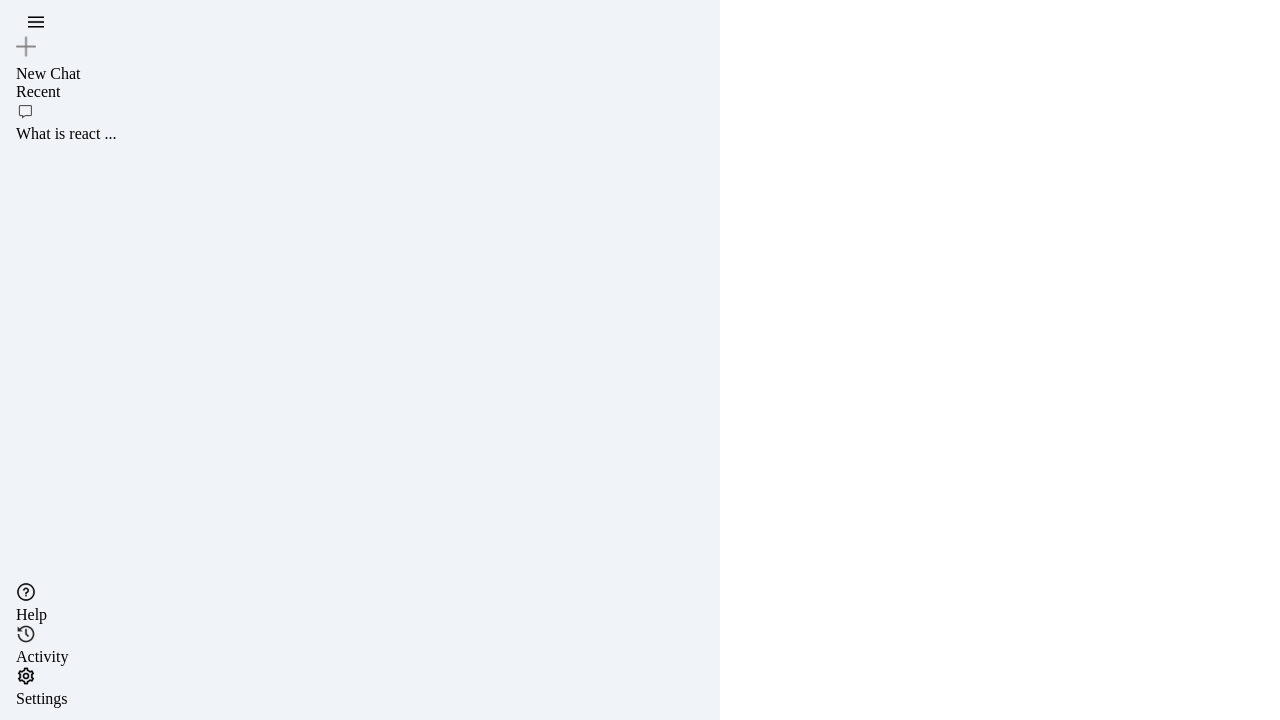
Repository: diyorbe-beep/GhostAi
Page: /
The author's editor kept a copy of each file at every save. The page is drawn from the files as they stood at one save, then again after the next save.
The browser window is 1280 px wide. The pictures show the whole page.
The project was rebuilt for these pictures with package versions that can differ from the ones it lists, and the page was loaded fresh each time. Also part of the build but not shown: vite.config.js.

Above is the page before, as saved 2025-08-31 11:47:44.

After the next save:
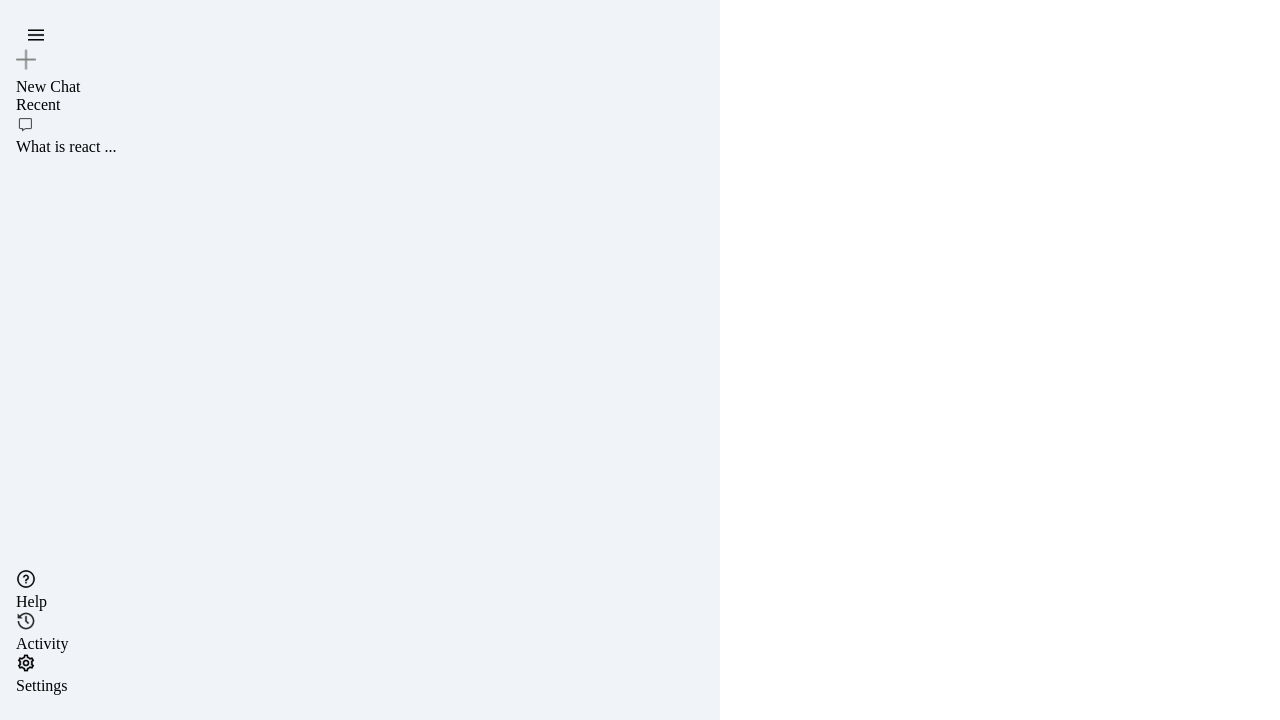
Saved 6 s later.
--- a/src/components/sidebar/sidebar.css
+++ b/src/components/sidebar/sidebar.css
@@ -4,7 +4,7 @@
     flex-direction: column;
     justify-content: space-between;
     background-color: #f0f4f9;
-    padding: 12px 16px;
+    padding: 25px 16px;
 }
 
 .sidebar img{
